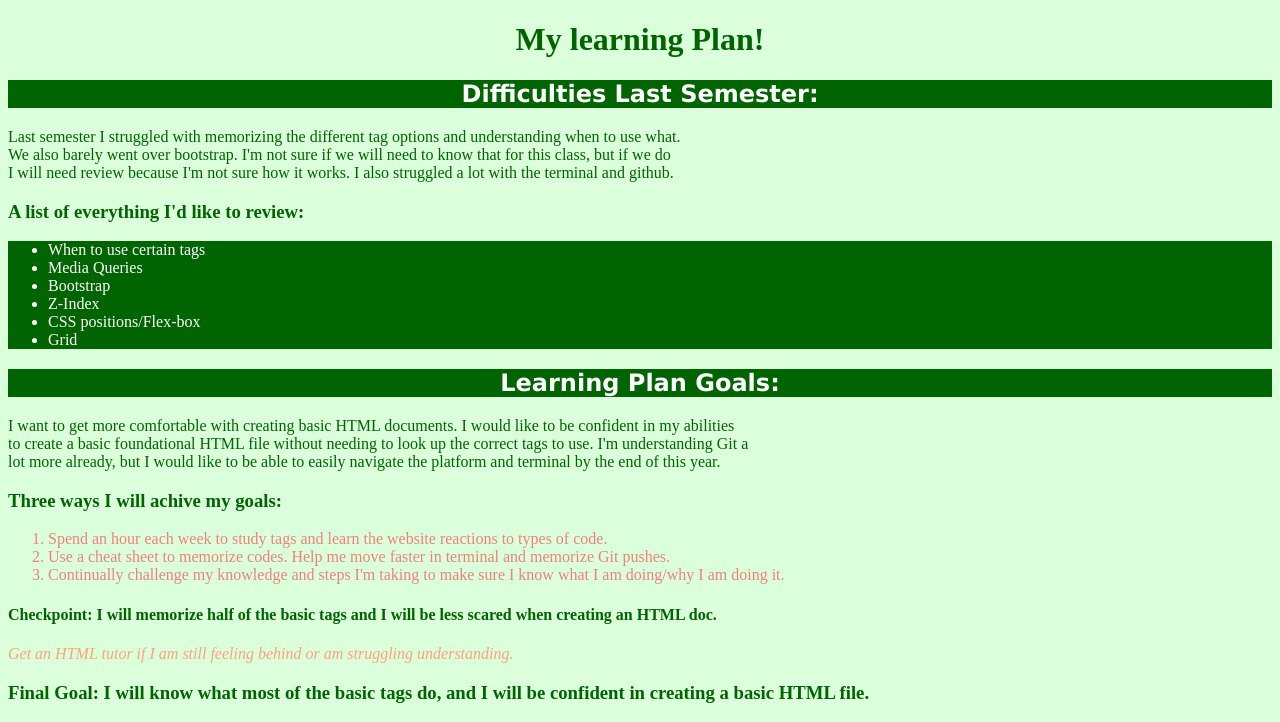
Repository: awollf/mdia-2109
Page: learning-plan.html
These files come from the project's save history. The page is drawn as it stood at one moment and after the next save; the edit follows.
The browser window is 1280 px wide. The pictures show the whole page.

Above is the page before, as saved 2026-02-02 11:31:54.

### learning-plan.html
<!DOCTYPE html>
<html lang="en">
<head>
    <meta charset="UTF-8">
    <meta name="viewport" content="width=device-width, initial-scale=1.0">
    <title>Learning Plan</title>
    <link rel="stylesheet" href="style.css">
</head>
<body>
    <h1>My learning Plan!</h1>

    <h2>Difficulties Last Semester:</h2>
    <p>Last semester I struggled with memorizing the different tag options and understanding when to use what.
        <br>We also barely went over bootstrap. I'm not sure if we will need to know that for this class, but if we do
        <br>I will need review because I'm not sure how it works. I also struggled a lot with the terminal and github.
    </p>

    <h3>A list of everything I'd like to review:</h3>
    <ul>
        <li>When to use certain tags</li>
        <li>Media Queries</li>
        <li>Bootstrap</li>
        <li>Z-Index</li>
        <li>CSS positions/Flex-box</li>
        <li>Grid</li>
    </ul>

    <h2>Learning Plan Goals:</h2>
    <p>I want to get more comfortable with creating basic HTML documents. I would like to be confident in my abilities
    <br>to create a basic foundational HTML file without needing to look up the correct tags to use. I'm understanding Git a
    <br>lot more already, but I would like to be able to easily navigate the platform and terminal by the end of this year. </p>

        <h3>Three ways I will achive my goals:</h3>

    <ol>
        <li>Spend an hour each week to study tags and learn the website reactions to types of code.</li>
        <li>Use a cheat sheet to memorize codes. Help me move faster in terminal and memorize Git pushes.</li>
        <li>Continually challenge my knowledge and steps I'm taking to make sure I know what I am doing/why I am doing it.</li>
    </ol>

    <h4>Checkpoint: I will memorize half of the basic tags and I will be less scared when creating an HTML doc.</h4>
    <em>Get an HTML tutor if I am still feeling behind or am struggling understanding.</em>

    <h3>Final Goal: I will know what most of the basic tags do, and I will be confident in creating a basic HTML file.</h3>

</body>
</html>

### style.css
body {
    background-color: rgb(218, 255, 218);
}

h1 {
    text-align: center;
    color: darkgreen;
    font-family:'Lucida Grande',
    font-weight: bold;
}

h2 {
text-align: center;
color: white;
font-family: 'Lucida Grande';
font-weight: bold;
background-color: darkgreen;
}

p {
    text-align: left;
    color: darkgreen;
    font-family: Lucinda Sans Regular;
}

h3 {
    text-align: left;
    color: darkgreen;
    font-family: 'Lucinda Grande';
}

ul {
    text-align: left;
    color: white;
    background-color: darkgreen;
    font-family: Lucinda Sans Regular;
}

ol {
    text-align: left;
    color: lightcoral;
    font-family: Lucinda Sans Regular;
}

h4 {
    text-align: canter;
    color: darkgreen;
    font-family: 'Lucinda Grande';
    font-weight: bold;
}

em {
    text-align: center;
    color: lightsalmon;
    font-family: 'Lucinda Grande';

}

After the next save:
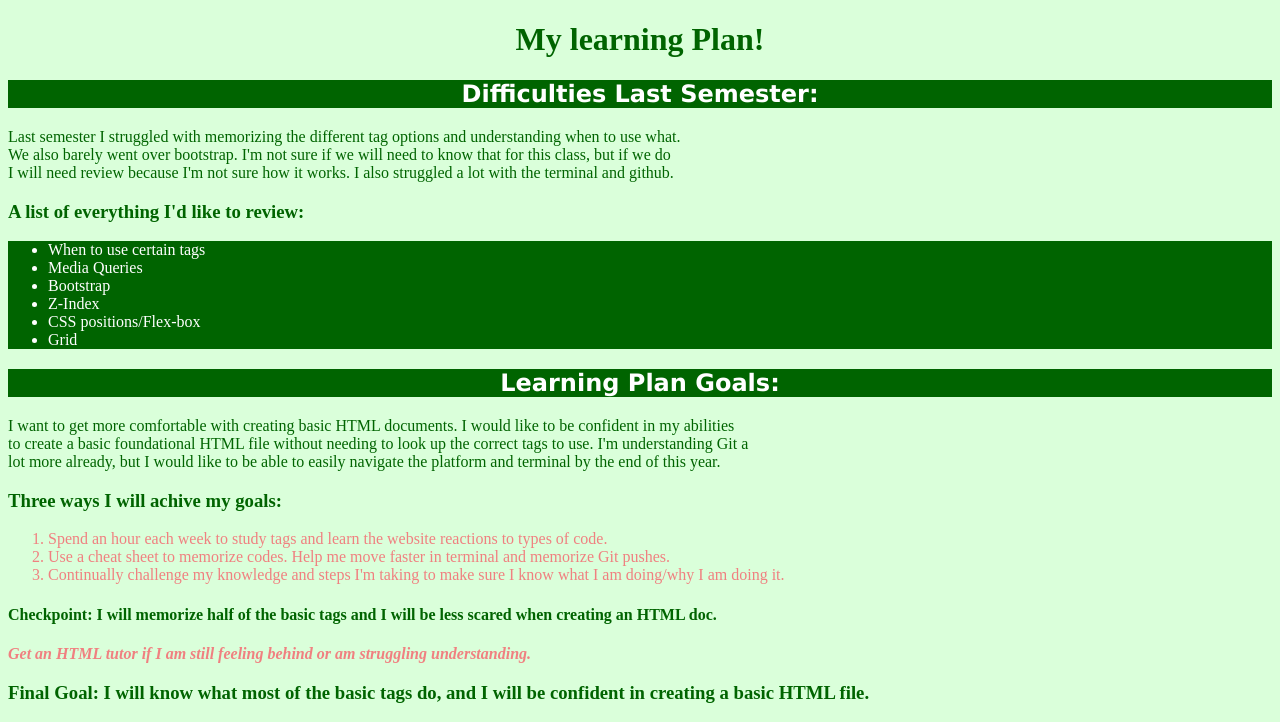
Saved 28 s later.
--- a/style.css
+++ b/style.css
@@ -51,7 +51,8 @@ h4 {
 
 em {
     text-align: center;
-    color: lightsalmon;
+    color: lightcoral;
     font-family: 'Lucinda Grande';
+    font-weight: bold;
 
 }
